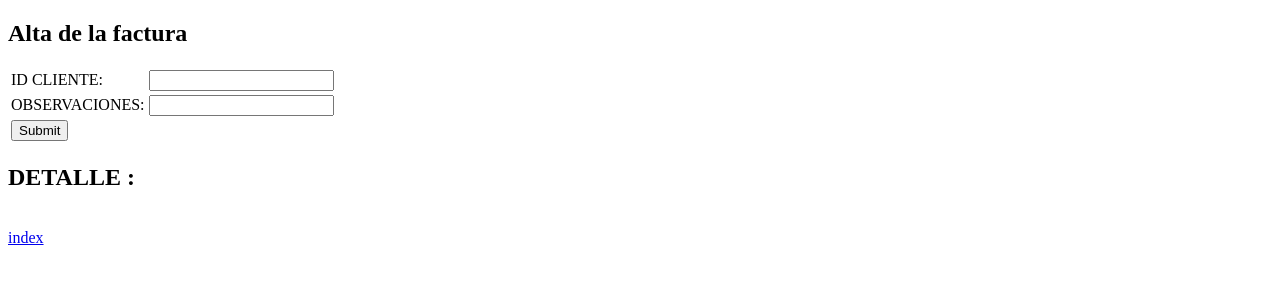
Repository: jaimedelgado/Formacion-JAVA
Page: http://localhost/facturasJ2EEMejorado/altaFactura.jsp
The author's editor kept a copy of each file at every save. The page is drawn from the files as they stood at one save, then again after the next save.
The browser window is 1280 px wide. The pictures show the whole page.
The page is served by Tomcat 9. Other server files are loaded and not shown.

Above is the page before, as saved 2015-10-23 10:00:14.

### facturasJ2EEMejorado/WebContent/altaFactura.jsp
<%@ page language="java" contentType="text/html; charset=ISO-8859-1" pageEncoding="ISO-8859-1"%>
<%@ taglib prefix="c" uri="http://java.sun.com/jsp/jstl/core"%>

<!DOCTYPE html>
<html>
	<head>
		<meta charset="UTF-8">
		<title>ALTA DE LA FACTURA</title>
	</head>
	<body>
		<h2>Alta de la factura</h2>

		<form action="SvAltaFactura">
			<table>

				<tr>
					<td>ID CLIENTE: </td>
					<td><input type="text" name="idCliente"/></td>
				</tr>
				<tr>

					<!--<td>ID PRODUCTO: </td>
					<td><input type="text" name="idProducto"/></td>
				</tr>
				<tr>
					<td>CANTIDAD: </td>
					<td><input type="text" name="cantidad"/></td>
				</tr>
				<tr>
					<td>PRECIO LÍNEA DETALLE: </td>
					<td><input type="text" name="precioLineaDetalle"/></td>
				</tr>
				<tr>-->
					<td>OBSERVACIONES: </td>
					<td><input type="text" name="observaciones"/></td>
				</tr>
				<tr>
					<td><input type="submit" name="submit"/></td>
				</tr>
			</table>


			<table>



				<h2> DETALLE : </h2>

			</table>


		</form>
		<br/>
		<a href="index.jsp">index</a>
	</body>
</html>

After the next save:
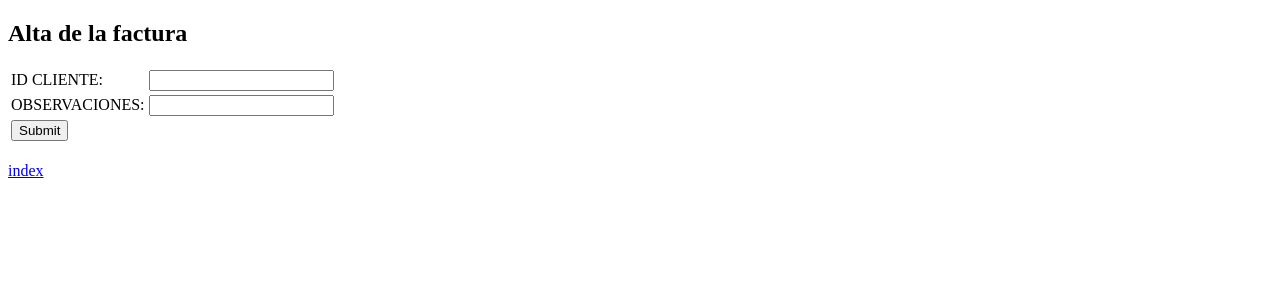
Saved 4 min 40 s later.
--- a/facturasJ2EEMejorado/WebContent/altaFactura.jsp
+++ b/facturasJ2EEMejorado/WebContent/altaFactura.jsp
@@ -35,18 +35,10 @@
 					<td><input type="text" name="observaciones"/></td>
 				</tr>
 				<tr>
-					<td><input type="submit" name="submit"/></td>
+					<td><input type="submit" name="pepe"/></td>
 				</tr>
 			</table>
 
-
-			<table>
-
-
-
-				<h2> DETALLE : </h2>
-
-			</table>
 
 
 		</form>
